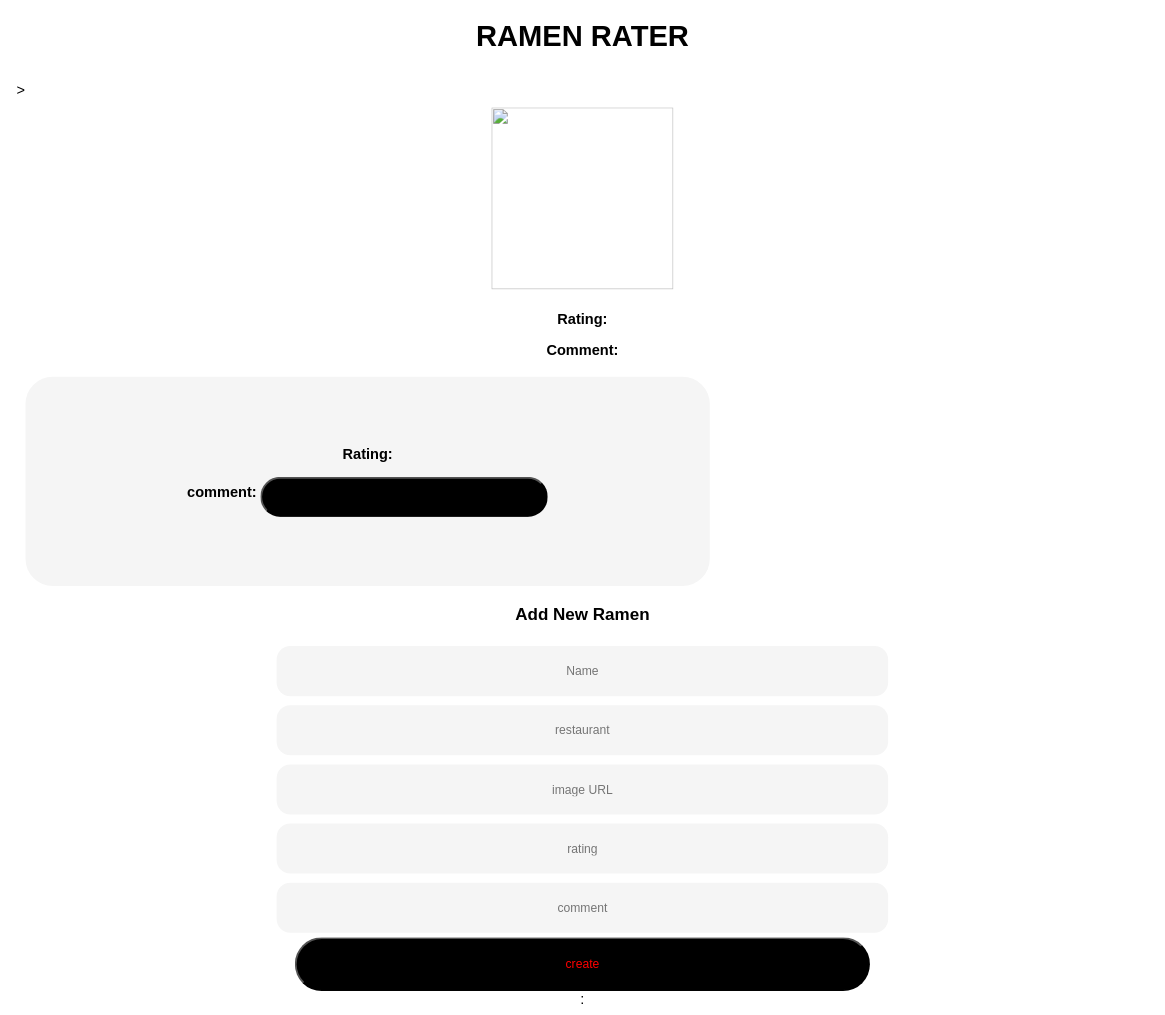
Repository: travinne/travthegr88
Page: code/ramen-rating-app/index.html
The author's editor kept a copy of each file at every save. The page is drawn from the files as they stood at one save, then again after the next save.
The browser window is 1280 px wide. The pictures show the whole page, at 91% of full size.

Above is the page before, as saved 2025-03-20 07:43:00.
Console error: TypeError: Cannot set properties of null (setting 'innerText')

After the next save:
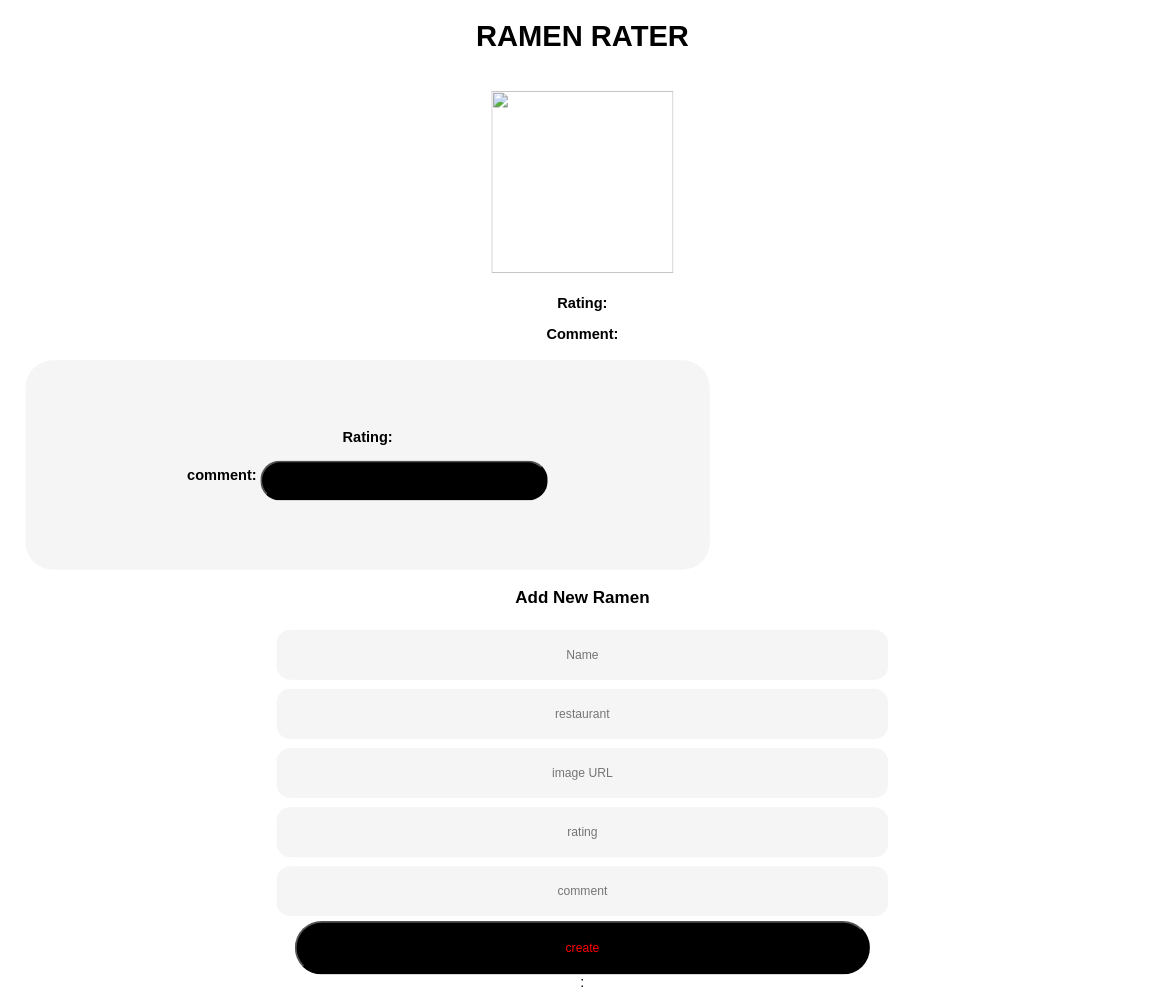
Saved 66 s later.
--- a/code/ramen-rating-app/Js/index.js
+++ b/code/ramen-rating-app/Js/index.js
@@ -118,7 +118,7 @@ function deleteRamen() {
 
 
 function main() {
-    displayRamen()
+    displayRamens()
     addSubmitListener();
     editRamenDetails();
    deleteRamen();
